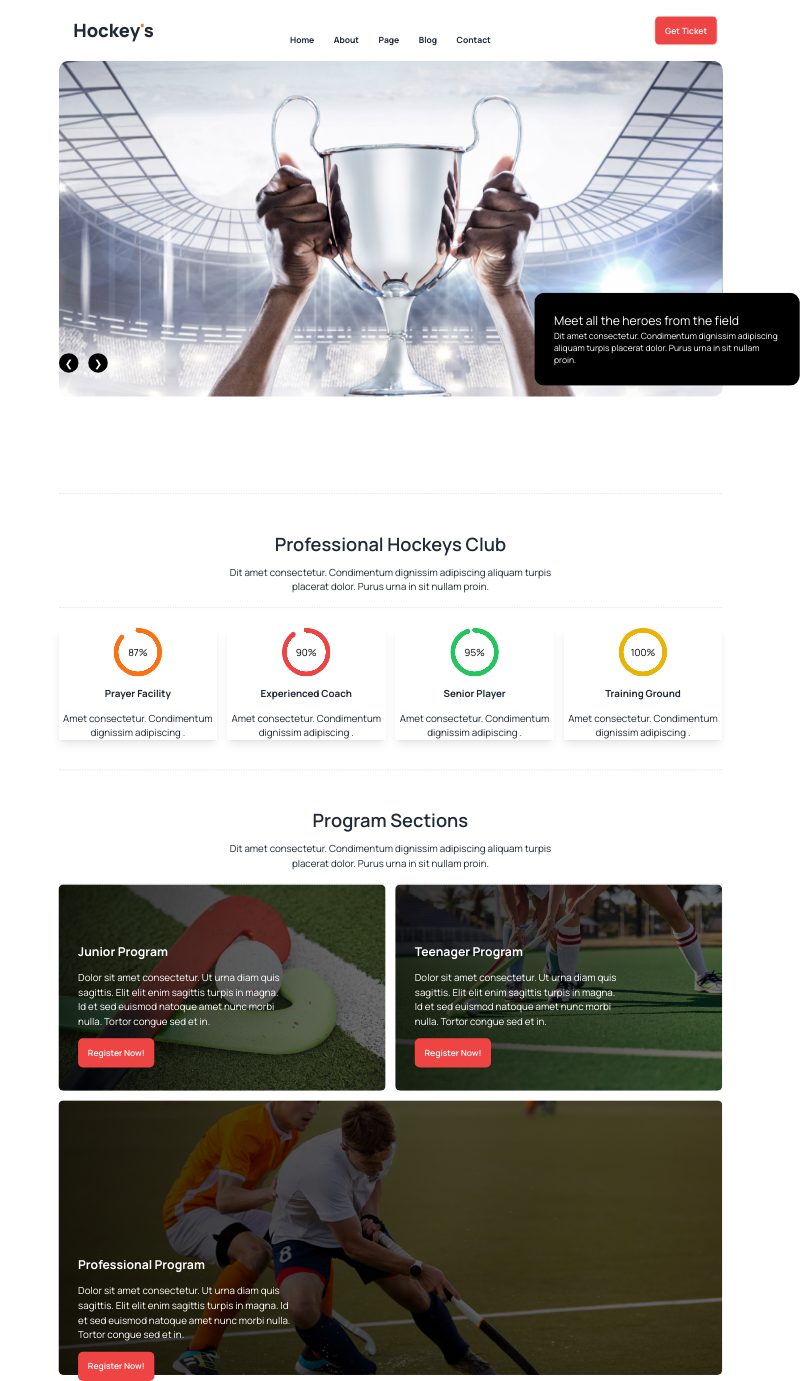
Repository: RudrasahaDibos/Hockey-
Page: index.html
An editor plug-in stored every save of this project. The page is shown before and after a run of saves, followed by the edit.
The browser window is 1280 px wide. The page is 1311 px wide, so the pictures cover 1311 px, including what lies to the right of the window. The pictures show the whole page, at 61% of full size.
Some web libraries are served in a nearby version.

Above is the page before, as saved 2024-10-23 23:02:37.

After the next 2 saves:
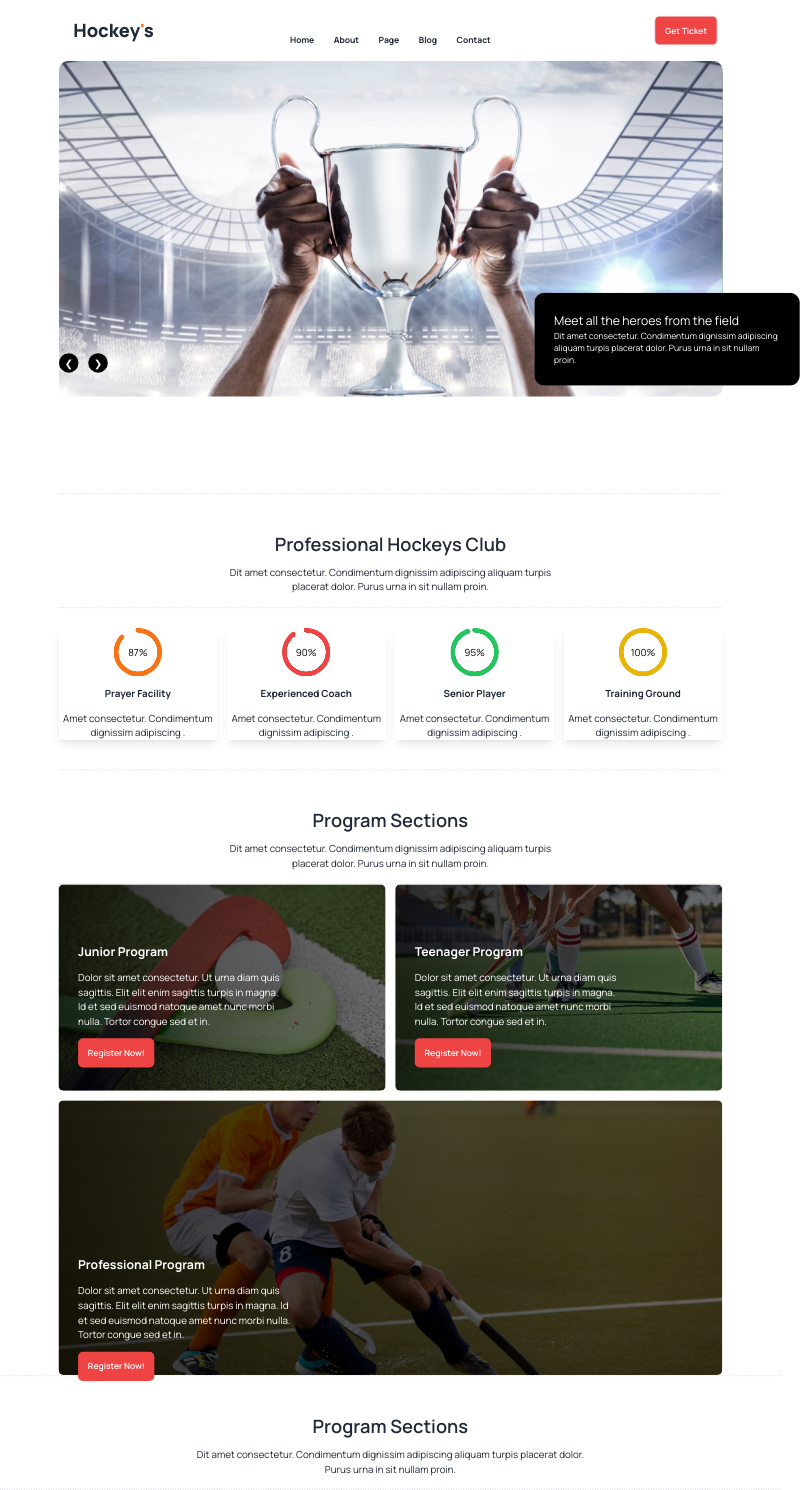
The 2 saves are shown as one change because they came seconds apart.
The last was saved 30 s later.
--- a/index.html
+++ b/index.html
@@ -244,7 +244,10 @@
 
                        <!-- Our New Products start here -->
                         <section>
-
+                          <div class="text-center space-y-4 border-dotted border-t-2 border-b-2  border-separate h-[189px] lg:pt-16">
+                            <h1 class=" text-xl lg:text-3xl font-semibold">Program Sections</h1>
+                            <p class="lg:w-[50%] lg:mx-auto">Dit amet consectetur. Condimentum dignissim adipiscing aliquam turpis placerat dolor. Purus urna in sit nullam proin. </p>
+                          </div>
                         </section>
 
                        <!-- Our New Products end here -->
